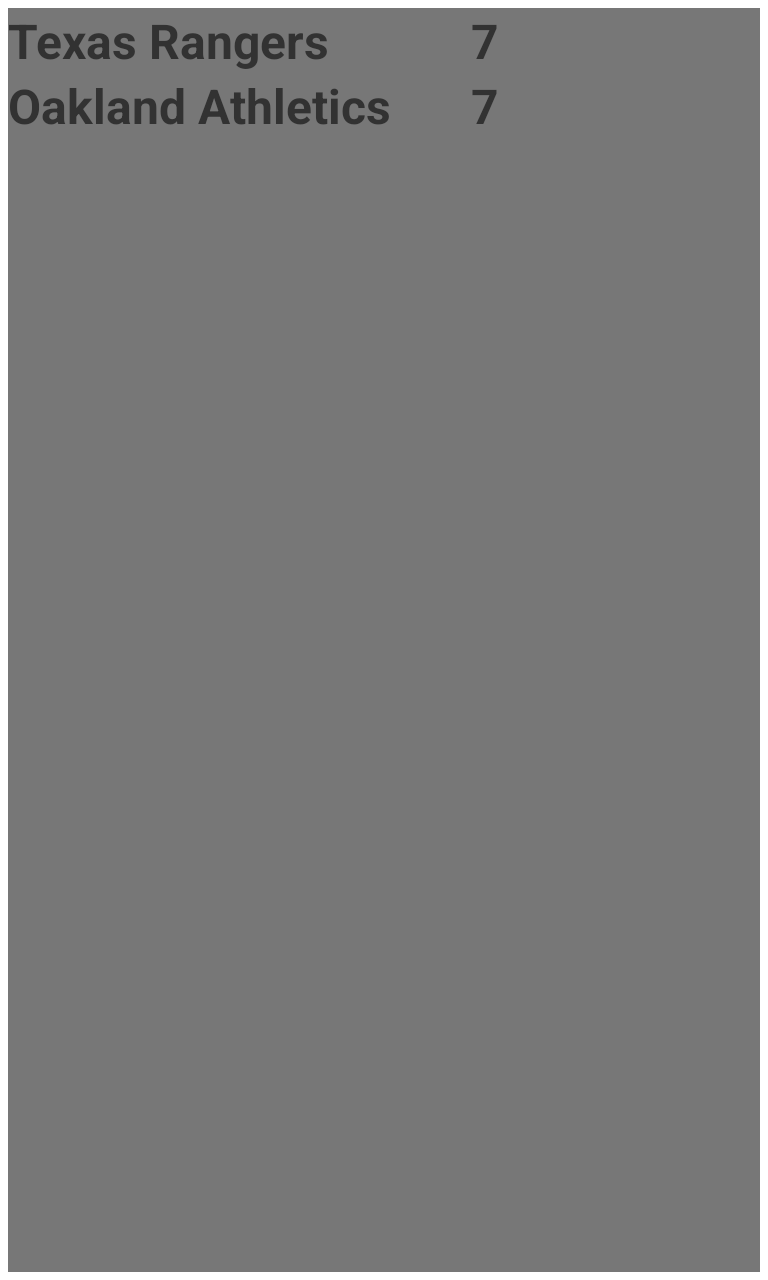
Repository: jemcphe/MDF3
Layout: Week3 Widget/TeamWidget/res/layout/widget_layout.xml
An editor plug-in stored every save of this project. The layout is shown before and after the next save, followed by the edit.
It is drawn on a 768 x 1280 px phone screen (xhdpi) without system bars, with theme AppTheme; the app's code is not run.

Above is the layout before, as saved 2013-07-26 02:47:57.

### Week3 Widget/TeamWidget/res/layout/widget_layout.xml
<?xml version="1.0" encoding="utf-8"?>
<FrameLayout xmlns:android="http://schemas.android.com/apk/res/android"
    android:layout_width="match_parent"
    android:layout_height="match_parent"
    android:padding="4dp"
    android:orientation="vertical" >

    <GridLayout
            android:id="@+id/teamGrid"
            android:layout_width="match_parent"
            android:layout_height="match_parent"
            android:columnCount="2"
            android:background="#777777" >

        <TextView
	        android:id="@+id/team1"
	        android:layout_width="wrap_content"
	        android:layout_height="wrap_content"
	        android:layout_weight="2"
	        android:text="Texas Rangers"
	        android:textSize="24sp"
	        android:textStyle="bold"/>

	    <TextView
	        android:id="@+id/runs1"
	        android:layout_width="wrap_content"
	        android:layout_height="wrap_content"
	        android:layout_weight="1"
	        android:text="7"
	        android:textSize="24sp"
	        android:paddingLeft="40dp"
	        android:textStyle="bold" />

	    <TextView
	        android:id="@+id/team2"
	        android:layout_width="wrap_content"
	        android:layout_height="wrap_content"
	        android:layout_weight="2"
	        android:text="Oakland Athletics"
	        android:textSize="24sp"
	        android:textStyle="bold" />

	    <TextView
	        android:id="@+id/runs2"
	        android:layout_width="wrap_content"
	        android:layout_height="wrap_content"
	        android:layout_weight="1"
	        android:text="7"
	        android:textSize="24sp"
	        android:paddingLeft="40dp"
	        android:textStyle="bold"/>

    </GridLayout>



	<!-- <LinearLayout
	    android:id="@+id/homeTeam"
	    android:layout_width="fill_parent"
	    android:layout_height="wrap_content"
	    android:orientation="horizontal"
	    android:background="#777777"
	    android:padding="5dp">

	    <TextView
	        android:id="@+id/team1"
	        android:layout_width="40dp"
	        android:layout_height="wrap_content"
	        android:layout_weight="2"
	        android:text="Texas Rangers"
	        android:textSize="14sp" />

	    <TextView
	        android:id="@+id/runs1"
	        android:layout_width="40dp"
	        android:layout_height="wrap_content"
	        android:layout_weight="1"
	        android:text="7"
	        android:textSize="14sp" />

	</LinearLayout>

	<LinearLayout
	    android:id="@+id/awayTeam"
	    android:layout_width="fill_parent"
	    android:layout_height="wrap_content"
	    android:orientation="horizontal"
	    android:background="#777777"
	    android:padding="5dp">

	    <TextView
	        android:id="@+id/team2"
	        android:layout_width="40dp"
	        android:layout_height="wrap_content"
	        android:layout_weight="2"
	        android:text="Oakland Athletics"
	        android:textSize="14sp" />

	    <TextView
	        android:id="@+id/runs2"
	        android:layout_width="40dp"
	        android:layout_height="wrap_content"
	        android:layout_weight="1"
	        android:text="7"
	        android:textSize="14sp"/>

	</LinearLayout> -->

</FrameLayout>

Loaded but not shown: Week3 Widget/TeamWidget/res/values/styles.xml (common file); Week3 Widget/TeamWidget/res/values-v11/styles.xml (common file); Week3 Widget/TeamWidget/res/values-v14/styles.xml (common file)

After the next save:
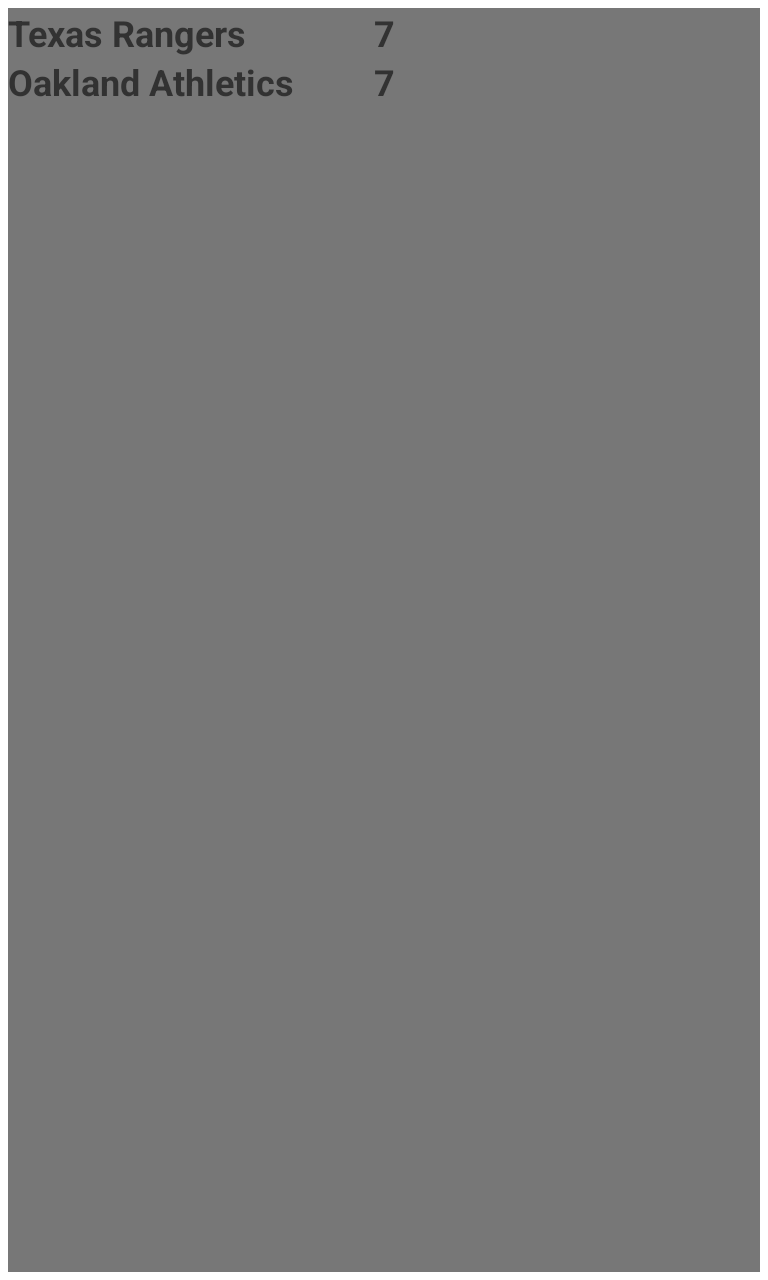
Saved 57 s later.
--- a/Week3 Widget/TeamWidget/res/layout/widget_layout.xml
+++ b/Week3 Widget/TeamWidget/res/layout/widget_layout.xml
@@ -18,7 +18,7 @@
 	        android:layout_height="wrap_content"
 	        android:layout_weight="2"
 	        android:text="Texas Rangers"
-	        android:textSize="24sp"
+	        android:textSize="18sp"
 	        android:textStyle="bold"/>
 
 	    <TextView
@@ -27,7 +27,7 @@
 	        android:layout_height="wrap_content"
 	        android:layout_weight="1"
 	        android:text="7"
-	        android:textSize="24sp"
+	        android:textSize="18sp"
 	        android:paddingLeft="40dp"
 	        android:textStyle="bold" />
 
@@ -37,7 +37,7 @@
 	        android:layout_height="wrap_content"
 	        android:layout_weight="2"
 	        android:text="Oakland Athletics"
-	        android:textSize="24sp"
+	        android:textSize="18sp"
 	        android:textStyle="bold" />
 
 	    <TextView
@@ -46,7 +46,7 @@
 	        android:layout_height="wrap_content"
 	        android:layout_weight="1"
 	        android:text="7"
-	        android:textSize="24sp"
+	        android:textSize="18sp"
 	        android:paddingLeft="40dp"
 	        android:textStyle="bold"/>
 
